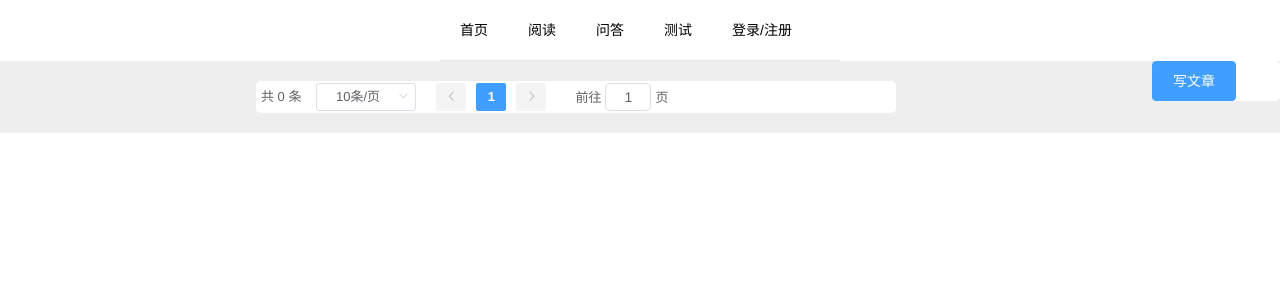
Repository: shengligo/xyx_vue_v1
Page: /read
These files come from the project's save history. The page is drawn as it stood at one moment and after the next save; the edit follows.
The browser window is 1280 px wide. The pictures show the whole page.
The page's requests for data from a server got no answer. The project was rebuilt for these pictures with package versions that can differ from the ones it lists, and the page was loaded fresh each time. No one was signed in, and anything a server would have sent is missing. Also part of the build but not shown: vue.config.js, src/views/home/childComps/Art.vue, src/views/author/authors.vue.

Above is the page before, as saved 2021-09-04 13:07:52.

After the next save:
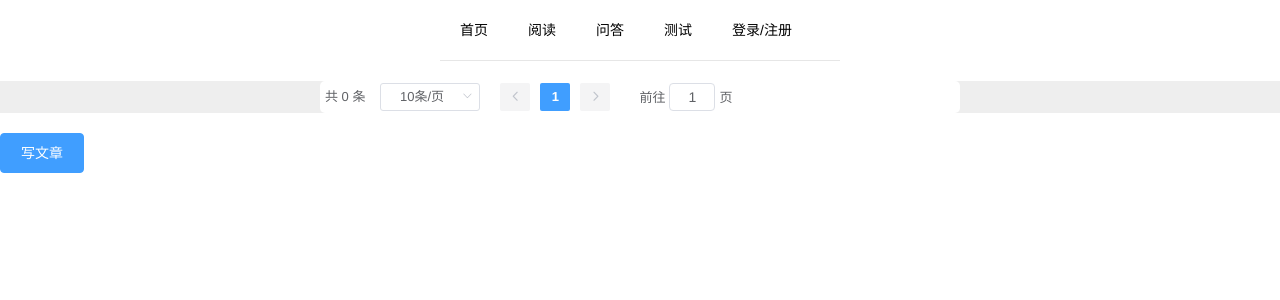
Saved 23 s later.
--- a/src/views/read/Read.vue
+++ b/src/views/read/Read.vue
@@ -134,7 +134,6 @@ export default {
   margin: 0;
   padding: 0;
   background: #eee;
-  display: flex;
 
 }
 
@@ -259,6 +258,7 @@ ol {
 }
 
 .toWrite{
+  position: absolute;
   background-color: #fff;
   height: 10%;
   width: 10%;
